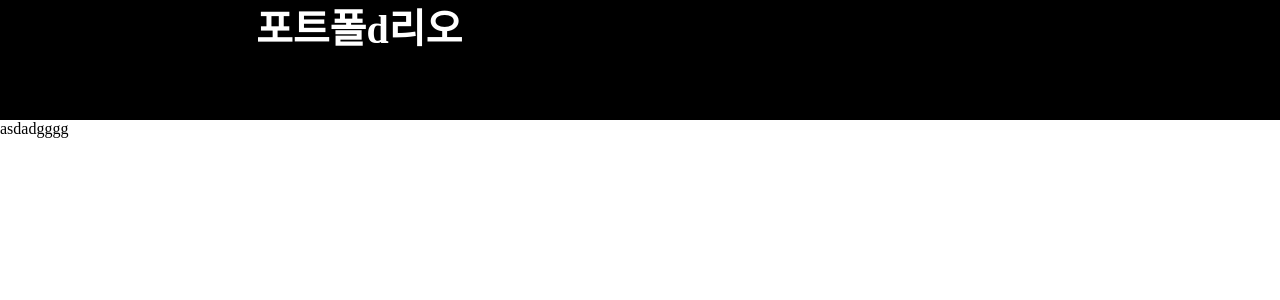
Repository: ItChoi/CSS-Study
Page: Css/WebContent/html/boostcourse/project-A1/portfolio.html
The author's editor kept a copy of each file at every save. The page is drawn from the files as they stood at one save, then again after the next save.
The browser window is 1280 px wide. The pictures show the whole page.

Above is the page before, as saved 2019-06-17 12:21:53.

After the next save:
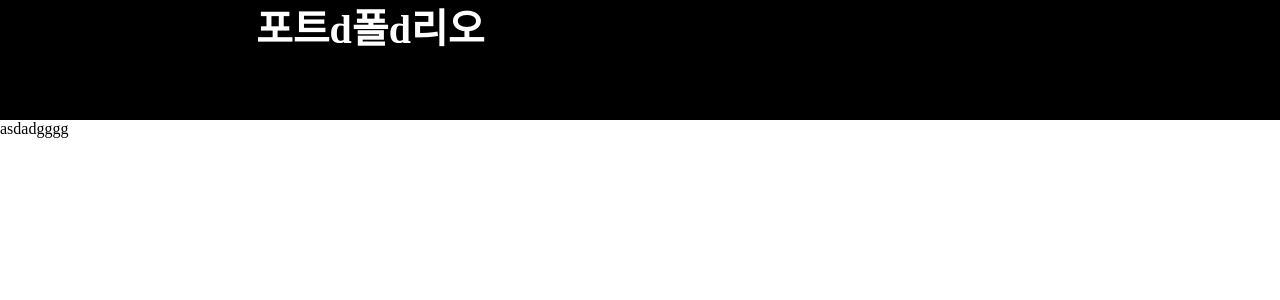
Saved 7 s later.
--- a/Css/WebContent/html/boostcourse/project-A1/portfolio.html
+++ b/Css/WebContent/html/boostcourse/project-A1/portfolio.html
@@ -14,7 +14,7 @@
 		<div class="content">
 
 			<div class="con_header">
-				<span class="title">포트폴d리오</span>
+				<span class="title">포트d폴d리오</span>
 			</div>
 
 			<div class="con_content">
